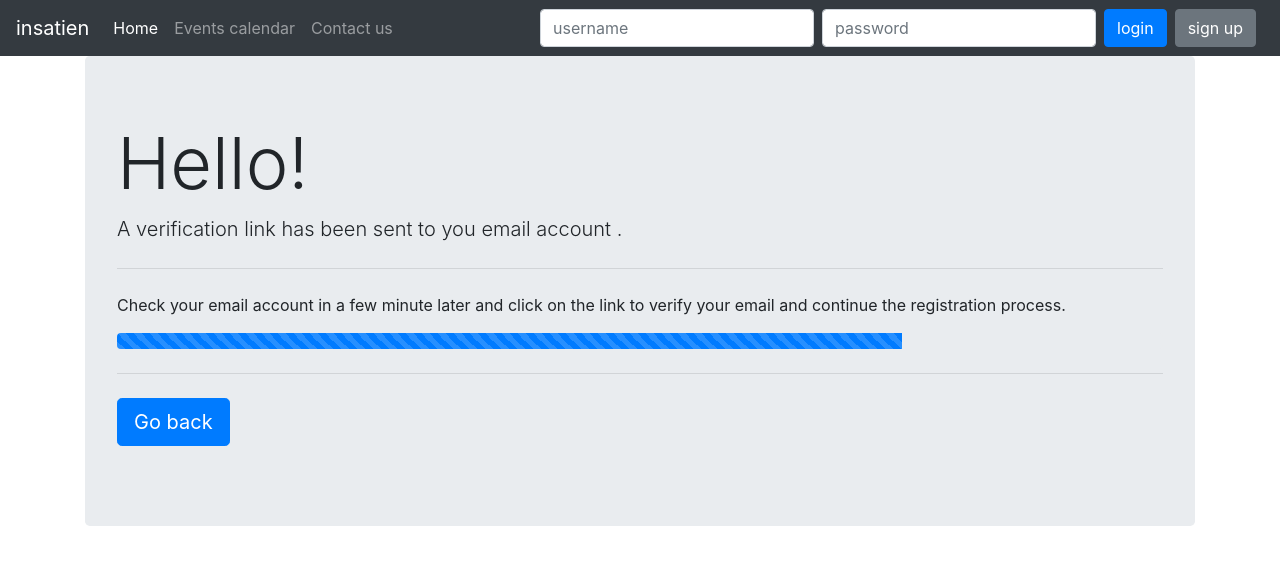
Repository: achourali/insatien
Page: templates/default/comfirmation.html.twig
An editor plug-in stored every save of this project. The page is shown before and after the next save, followed by the edit.
The browser window is 1280 px wide. The pictures show the whole page.
Some web libraries are served in a nearby version. The page is a Twig template of a Symfony application; nobody is signed in and links lead nowhere. The template is opened directly, without the code that normally fills it, so the values that code supplies are empty.

Above is the page before, as saved 2020-05-03 09:18:04.

After the next save:
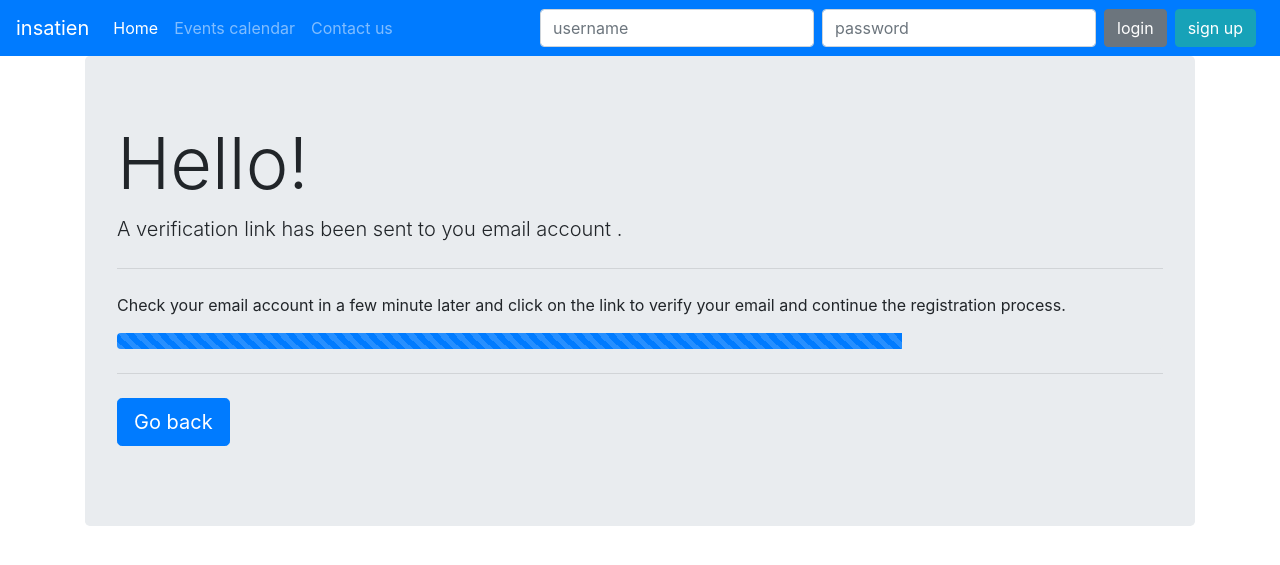
Saved 37 s later.
--- a/templates/inc/navbar.html.twig
+++ b/templates/inc/navbar.html.twig
@@ -1,26 +1,26 @@
-<nav class="navbar navbar-expand-lg navbar-dark bg-dark">
-    <a class="navbar-brand" href="\">insatien</a>
-    <button class="navbar-toggler" type="button" data-toggle="collapse" data-target="#navbarColor02" aria-controls="navbarColor02" aria-expanded="false" aria-label="Toggle navigation">
-      <span class="navbar-toggler-icon"></span>
-    </button>
+<nav class="navbar navbar-expand-lg navbar-dark bg-primary">
+  <a class="navbar-brand" href="\">insatien</a>
+  <button class="navbar-toggler" type="button" data-toggle="collapse" data-target="#navbarColor02" aria-controls="navbarColor02" aria-expanded="false" aria-label="Toggle navigation">
+    <span class="navbar-toggler-icon"></span>
+  </button>
 
-    <div class="collapse navbar-collapse" id="navbarColor02">
-      <ul class="navbar-nav mr-auto">
-        <li class="nav-item active">
-          <a class="nav-link" href="/">Home <span class="sr-only">(current)</span></a>
-        </li>
-        <li class="nav-item">
-          <a class="nav-link" href="/event">Events calendar</a>
-        </li>
-        <li class="nav-item">
-          <a class="nav-link" href="/contact">Contact us</a>
-        </li>
-      </ul>
-      <form class="form-inline my-2 my-lg-0">
-        <input class="form-control mr-sm-2" type="text" placeholder="username">
-        <input class="form-control mr-sm-2" type="password" placeholder="password">
-        <button type="button" class="btn btn-primary mr-sm-2" type="submit"  > login </button>
-        <a class="btn btn-secondary mr-sm-2" href="/register" role="button"> sign up </a>
-      </form>
-    </div>
-  </nav>
+  <div class="collapse navbar-collapse" id="navbarColor02">
+    <ul class="navbar-nav mr-auto">
+      <li class="nav-item active">
+        <a class="nav-link" href="/">Home <span class="sr-only">(current)</span></a>
+      </li>
+      <li class="nav-item">
+        <a class="nav-link" href="/event">Events calendar</a>
+      </li>
+      <li class="nav-item">
+        <a class="nav-link" href="/contact">Contact us</a>
+      </li>
+    </ul>
+    <form class="form-inline my-2 my-lg-0">
+      <input class="form-control mr-sm-2" type="text" placeholder="username">
+      <input class="form-control mr-sm-2" type="password" placeholder="password">
+      <button type="button" class="btn btn-secondary mr-sm-2" type="submit"  > login </button>
+      <a class="btn btn-info mr-sm-2" href="/register" role="button"> sign up </a>
+    </form>
+  </div>
+</nav>
